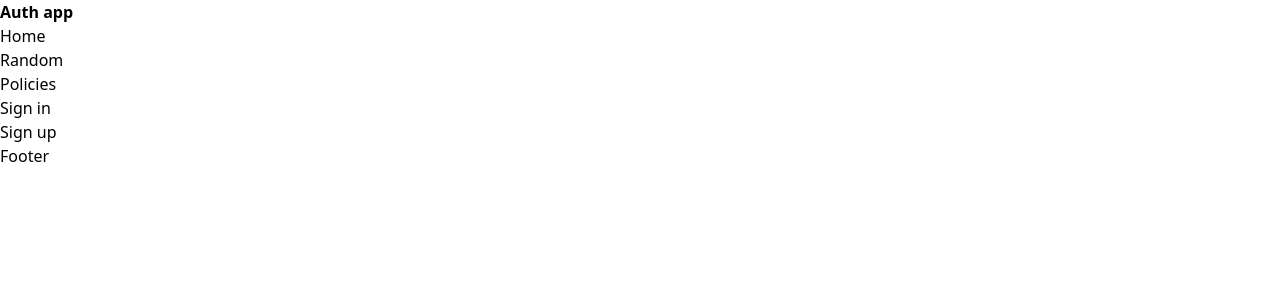
Repository: minhdev313/Anji-Project
Page: / (app in client/)
An editor plug-in stored every save of this project. The page is shown before and after the next save, followed by the edit.
The browser window is 1280 px wide. The pictures show the whole page.
The project was rebuilt for these pictures with package versions that can differ from the ones it lists, and the page was loaded fresh each time. Also part of the build but not shown: client/vite.config.js, client/src/pages/Home.jsx, client/src/pages/ManageUser.jsx, client/src/pages/Policies.jsx, client/src/pages/Profile.jsx, client/src/pages/Signin.jsx, client/src/pages/Signup.jsx.

Above is the page before, as saved 2024-05-11 16:38:37.

After the next save:
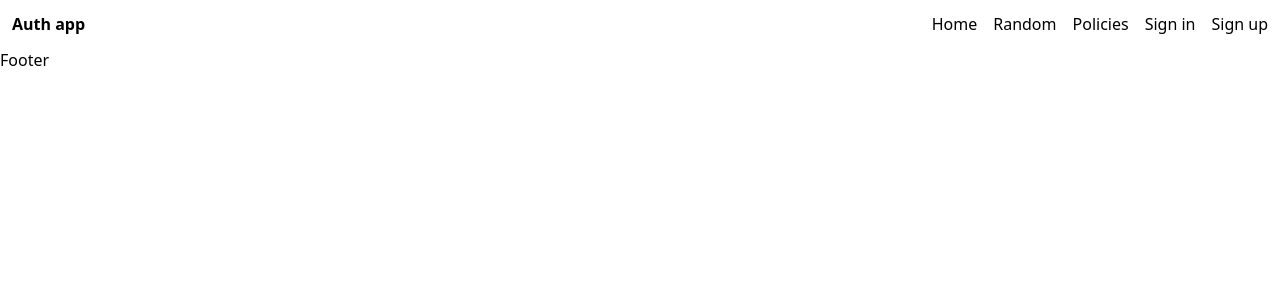
Saved 3 min 51 s later.
--- a/client/src/components/Header.jsx
+++ b/client/src/components/Header.jsx
@@ -1,12 +1,17 @@
 import React from "react";
+import { Link } from "react-router-dom";
 
 export default function Header() {
   return (
     <div className="bg-state-200">
-      <div className="">
-        <h1 className="font-bold">Auth app</h1>
-        <ul>
-          <li>Home</li>
+      <div className=" flex justify-between items-center mx-auto p-3">
+        <Link to="/">
+          <h1 className="font-bold">Auth app</h1>
+        </Link>
+        <ul className=" flex gap-4">
+          <Link to="/">
+            <li>Home</li>
+          </Link>
           <li>Random</li>
           <li>Policies</li>
           <li>Sign in</li>
